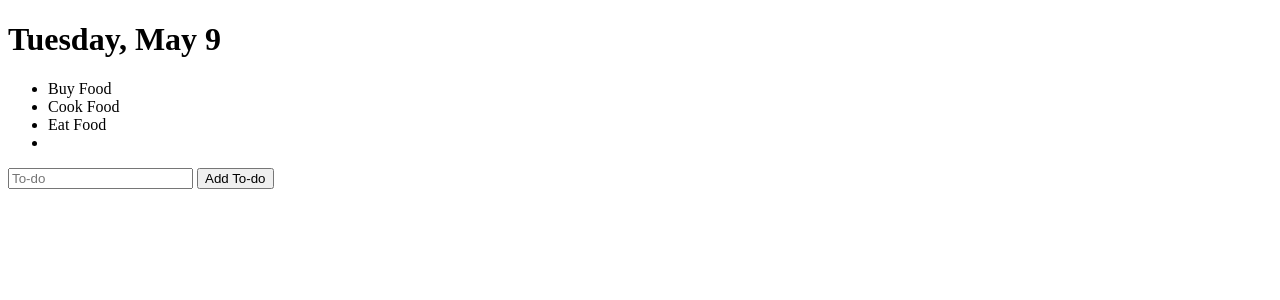
Repository: thecoachanna/todolist-v1
Page: http://localhost/
These files come from the project's save history. The page is drawn as it stood at one moment and after the next save; the edit follows.
The browser window is 1280 px wide. The pictures show the whole page.
The page is served by the project's Node server (app.js).

Above is the page before, as saved 2023-05-09 07:37:04.

After the next save:
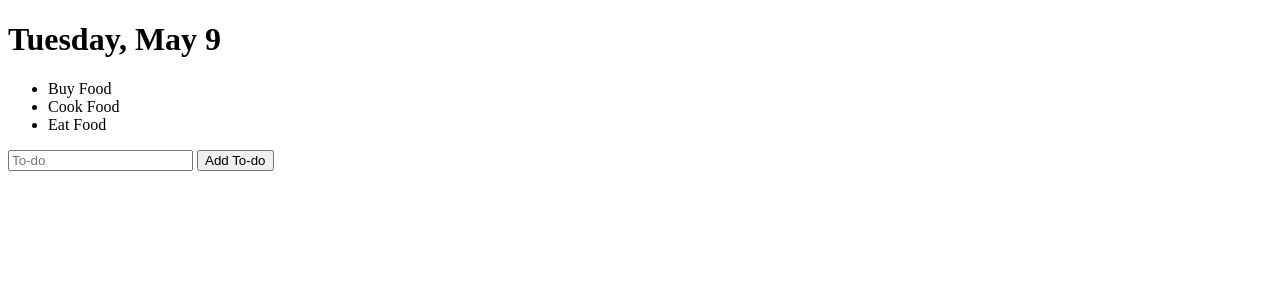
Saved 9 s later.
--- a/views/list.ejs
+++ b/views/list.ejs
@@ -14,7 +14,7 @@
         <li>Buy Food</li>
         <li>Cook Food</li>
         <li>Eat Food</li>
-        <li><% newListItem %></li>
+        <%  %>
     </ul>
 
     <form action="/" method="post">
